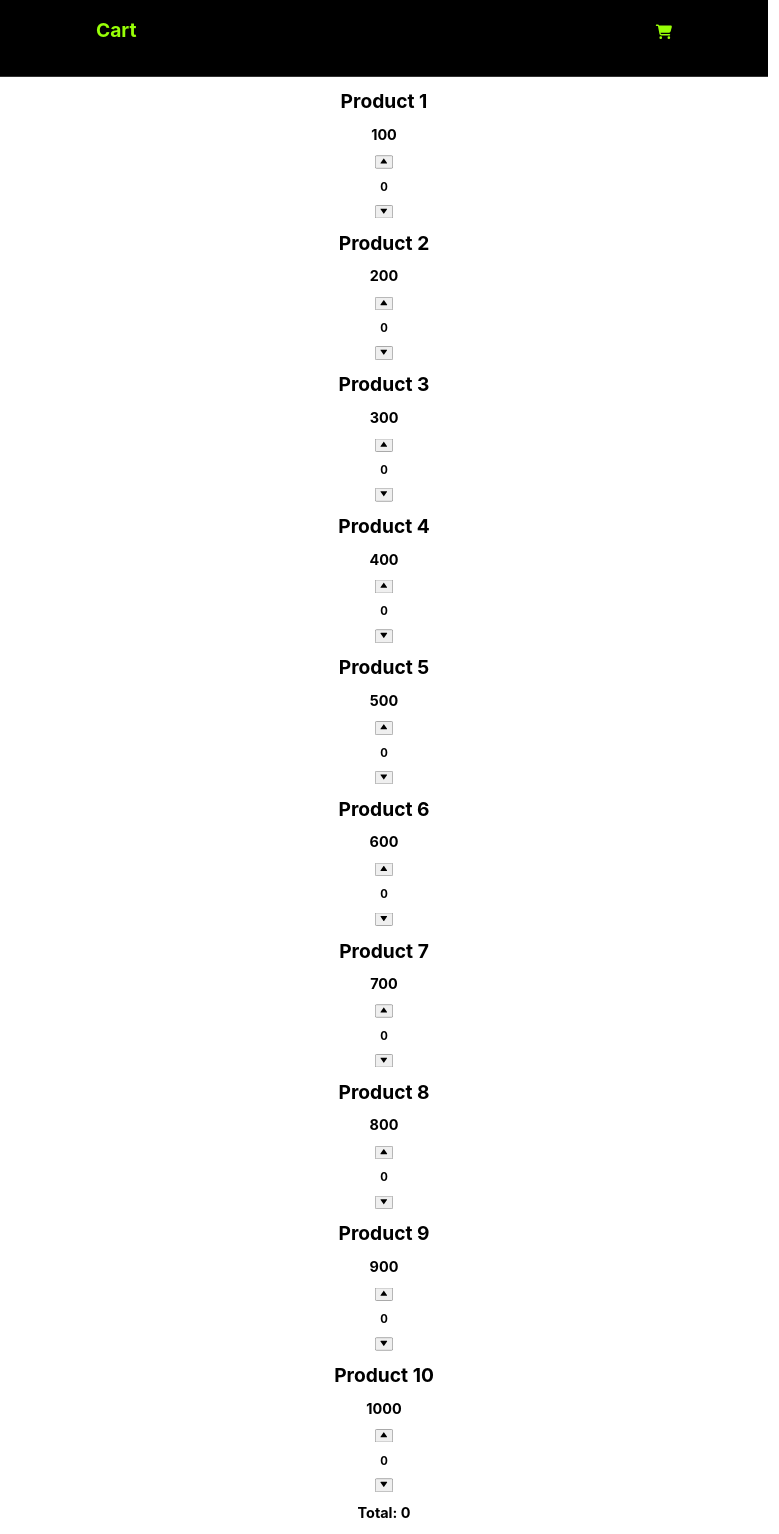
Repository: sriram1224/Cart-react-app
Page: /
An editor plug-in stored every save of this project. The page is shown before and after the next save, followed by the edit.
The browser window is 1280 px wide. The page is 1280 px wide, then 1299 px, then 1280 px, so the pictures cover 1299 px, including what lies to the right of the window. The pictures show the whole page, at 60% of full size.
The project was rebuilt for these pictures with package versions that can differ from the ones it lists, and the page was loaded fresh each time.

Above is the page before, as saved 2024-03-12 21:23:31.

### src/App.js
import Nav from "./Components/Nav.js"
import './App.css';
import Cart from './Components/cart.js';
function App() {
  return (
    <div className="App">

      <Cart />
    </div>
  );
}

export default App;

### src/Components/Nav.js
import { FontAwesomeIcon } from '@fortawesome/react-fontawesome';
import { faShoppingCart } from '@fortawesome/free-solid-svg-icons';
import './Navbar.css';

function Navbar({ cartItems }) {
      console.log(cartItems);
    return (

      <div className="nav-container">
      <div className="cart">
          <div className="heading">
              <h1>
              Cart
              </h1>
          </div>
      <h1>
        <div className="cart-icon-container">
          <FontAwesomeIcon icon={faShoppingCart} className="cart-icon" />
          {cartItems > 0 && (
            <span className="cart-count">{cartItems}</span>
          )}
        </div>

      </h1>
    </div>
      </div>
  );
}

export default Navbar;

### src/Components/cart.js
import React, { useState, useEffect } from "react";
import { BiSolidUpArrow, BiSolidDownArrow } from "react-icons/bi";
import Nav from './Nav'
import './cart.css'
function Cart() {
    const [products, setProducts] = useState([
        { id: "1", name: "Product 1", price: 100, quantity: 0 },
        { id: "2", name: "Product 2", price: 200, quantity: 0 },
        { id: "3", name: "Product 3", price: 300, quantity: 0 },
        { id: "4", name: "Product 4", price: 400, quantity: 0 },
        { id: "5", name: "Product 5", price: 500, quantity: 0 },
        { id: "6", name: "Product 6", price: 600, quantity: 0 },
        { id: "7", name: "Product 7", price: 700, quantity: 0 },
        { id: "8", name: "Product 8", price: 800, quantity: 0 },
        { id: "9", name: "Product 9", price: 900, quantity: 0 },
        { id: "10", name: "Product 10", price: 1000, quantity: 0 }
    ]);

    const [total, setTotal] = useState(0);
    const [cartItems, setCartItems] = useState(0);

    useEffect(() => {
        let newCartItems = 0;
        products.forEach(product => {
            newCartItems += product.quantity;
        });
        setCartItems(newCartItems);
    }, [products]);

    const increaseQuantity = (index) => {
        const updatedProducts = [...products];
        updatedProducts[index].quantity++;
        setProducts(updatedProducts);
        updateTotal();
    };

    const decreaseQuantity = (index) => {
        const updatedProducts = [...products];
        if (updatedProducts[index].quantity > 0) {
            updatedProducts[index].quantity--;
            setProducts(updatedProducts);
            updateTotal();
        }
    };

    const updateTotal = () => {
        let newTotal = 0;
        products.forEach((product) => {
            newTotal += product.quantity * product.price;
        });
        setTotal(newTotal);
    };

    return (

        <div>
             <Nav cartItems={cartItems} />
         <div className="product -container">

            {products.map((product, index) => {
                return (
                    <div key={index}>
                        <h1>{product.name}</h1>
                        <h2>{product.price}</h2>
                        <button onClick={() => increaseQuantity(index)}>
                            <BiSolidUpArrow />
                        </button>
                        <h3>{product.quantity}</h3>
                        <button onClick={() => decreaseQuantity(index)}>
                            <BiSolidDownArrow />
                        </button>
                    </div>
                );
            })}
            <h2>Total: {total}</h2>

        </div>
        </div>
    );
}

export default Cart;

### src/Components/Navbar.css
.cart-icon-container {
    position: relative;
    display: inline-block;
}

.cart-icon {
    font-size: 1.5rem;
    color: rgb(152, 255, 7);
    /* Adjust the size as needed */
}

.cart-count {
    position: absolute;
    top: -10px;
    /* Adjust the vertical positioning */
    right: -10px;
    /* Adjust the horizontal positioning */
    background-color: red;
    color: white;
    border-radius: 50%;
    padding: 2px 6px;
    font-size: 0.8rem;
    /* Adjust the font size as needed */
}

.cart{
    display: flex;
    justify-content: space-between;
    margin: 0 10rem;
    align-items: center;
    padding-top: 10px;

}

.heading{
text-align: center;
color: rgb(152, 255, 7);
}

.nav-container{
    width: 100%;
    height: 8rem;
    background-color:rgb(0, 0, 0)
}

### src/Components/cart.css
.product -container{
    display: flex;
}

Loaded but not shown: public/index.html (common file); src/index.js (common file); src/index.css (common file); src/reportWebVitals.js (common file); src/App.css (common file)

After the next save:
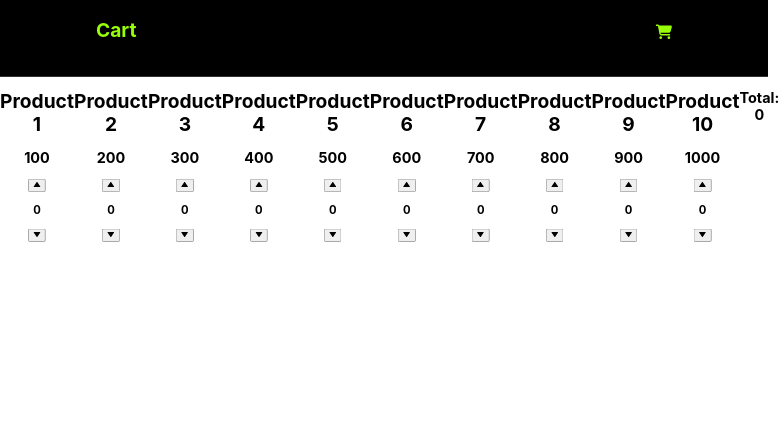
Saved 22 s later.
--- a/src/Components/cart.js
+++ b/src/Components/cart.js
@@ -55,7 +55,7 @@ function Cart() {
 
         <div>
              <Nav cartItems={cartItems} />
-         <div className="product -container">
+         <div className="product-container">
 
             {products.map((product, index) => {
                 return (
--- a/src/Components/cart.css
+++ b/src/Components/cart.css
@@ -1,3 +1,3 @@
-.product -container{
+.product-container{
     display: flex;
 }

After the save that followed:
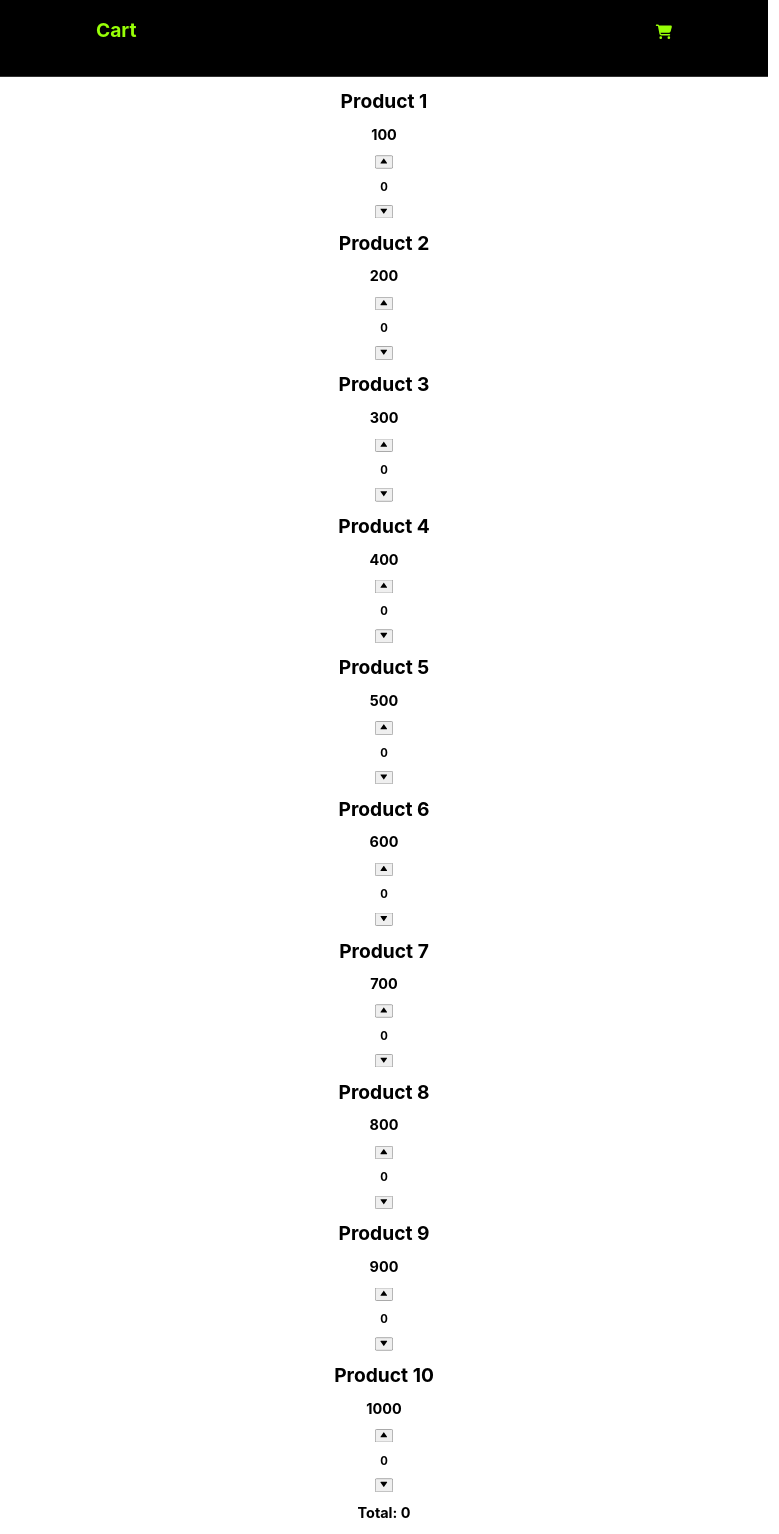
Saved 12 s later.
--- a/src/Components/cart.css
+++ b/src/Components/cart.css
@@ -1,3 +1,3 @@
 .product-container{
-    display: flex;
+
 }
